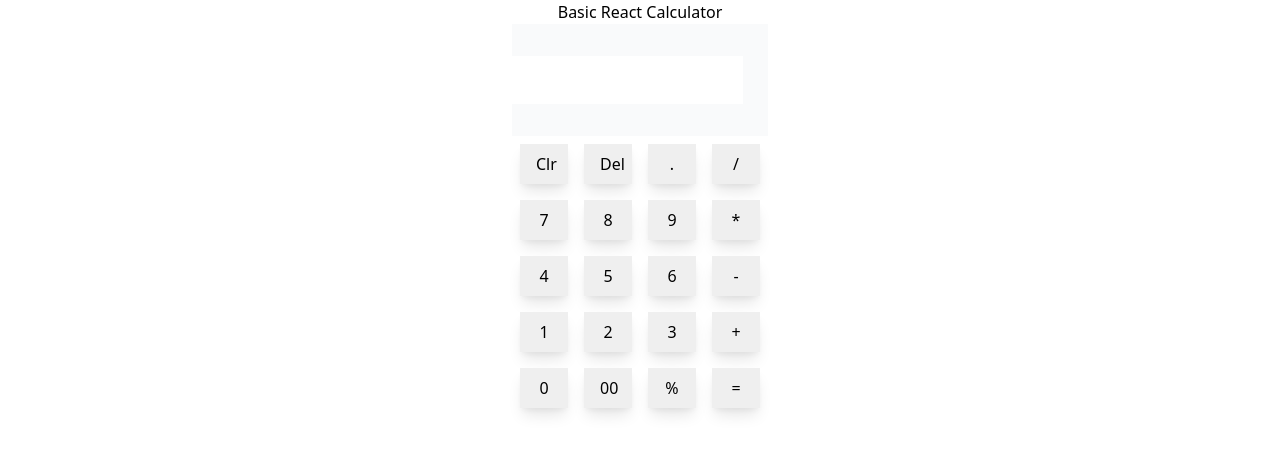
Repository: latenightsnacc/React-Calculator
Page: / (app in docs/react-calculator/)
The author's editor kept a copy of each file at every save. The page is drawn from the files as they stood at one save, then again after the next save.
The browser window is 1280 px wide. The pictures show the whole page.
The project was rebuilt for these pictures with package versions that can differ from the ones it lists, and the page was loaded fresh each time. Also part of the build but not shown: docs/react-calculator/craco.config.js.

Above is the page before, as saved 2021-11-11 15:47:30.

### docs/react-calculator/src/components/Calculator.js
import React, { Component } from 'react'
import CalculatorTitle from './CalculatorTitle'
import CalculatorScreen from './CalculatorScreen'
import Button from './Button'

class Calculator extends Component {
    render() {
        return (
            <div className="w-full flex flex-col justify-center items-center">
                <CalculatorTitle value="Basic React Calculator" />
                <div className="calculator-body">
                    <CalculatorScreen />
                    <div className="button-row">
                        <Button label={'Clr'} />
                        <Button label={'Del'} />
                        <Button label={'.'}/>
                        <Button label={'/'}/>
                    </div>
                    <div className="button-row">
                        <Button label={'7'}/>
                        <Button label={'8'}/>
                        <Button label={'9'}/>
                        <Button label={'*'}/>
                    </div>
                    <div className="button-row">
                        <Button label={'4'}/>
                        <Button label={'5'}/>
                        <Button label={'6'}/>
                        <Button label={'-'}/>
                    </div>
                    <div className="button-row">
                        <Button label={'1'}/>
                        <Button label={'2'}/>
                        <Button label={'3'}/>
                        <Button label={'+'}/>
                    </div>
                    <div className="button-row">
                        <Button label={'0'}/>
                        <Button label={'00'}/>
                        <Button label={'%'}/>
                        <Button label={'='}/>
                    </div>

                </div>
            </div>
        )
    }
}

export default Calculator

### docs/react-calculator/src/components/CalculatorTitle.js
import React from 'react'

function CalculatorTitle(props) {
    return (
        <div className='calculator-title'>
            {props.value}
        </div>
    )
}

export default CalculatorTitle

### docs/react-calculator/src/components/CalculatorScreen.js
import React from 'react'
import CalculatorOutputRow from './CalculatorOutputRow'

const CalculatorScreen = () => {
    return (
        <div className="bg-gray-50 flex flex-col items-center justify-center w-full h-28">
            <CalculatorOutputRow/>
            <CalculatorOutputRow/>
        </div>
    )
}

export default CalculatorScreen;

### docs/react-calculator/src/components/Button.js
import React from 'react'

const Button = (props) => {
    return(
        <input className="shadow-lg w-12 m-2 py-2 px-4"
            type="button"
            value={props.label}
        />
    )
}

export default Button;

### docs/react-calculator/src/components/CalculatorOutputRow.js
import React from 'react';

const CalculatorOutputRow = () => {
    return(
        <div className="w-full">
            <input type="text" readOnly />
        </div>
    )
}

export default CalculatorOutputRow

Loaded but not shown: docs/react-calculator/public/index.html (common file); docs/react-calculator/src/index.js (common file); docs/react-calculator/src/index.css (common file); docs/react-calculator/src/App.js (common file); docs/react-calculator/src/reportWebVitals.js (common file); docs/react-calculator/tailwind.config.js (common file)

After the next save:
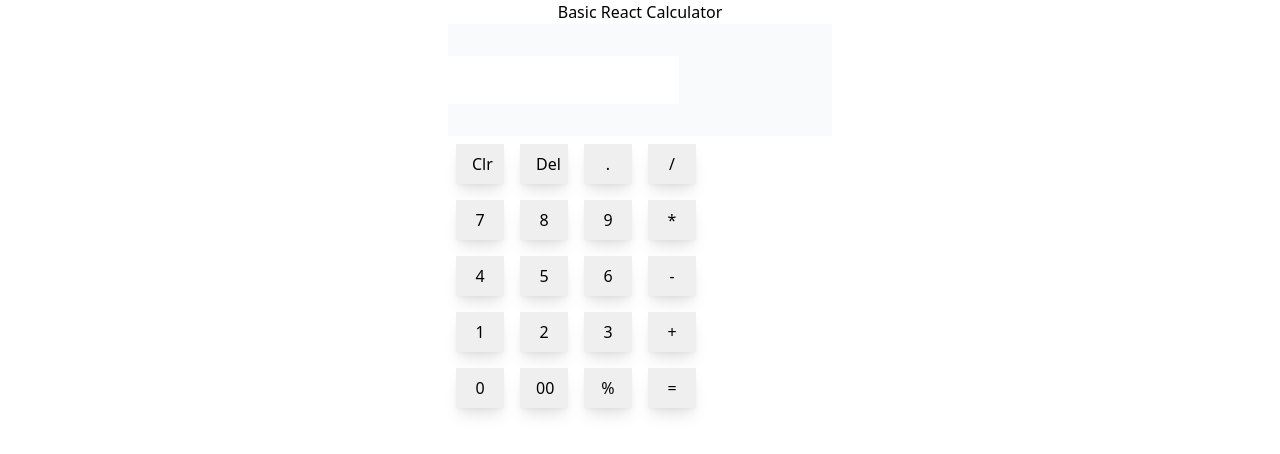
Saved 13 s later.
--- a/docs/react-calculator/src/components/CalculatorOutputRow.js
+++ b/docs/react-calculator/src/components/CalculatorOutputRow.js
@@ -2,7 +2,7 @@
 
 const CalculatorOutputRow = () => {
     return(
-        <div className="w-full">
+        <div className="w-96">
             <input type="text" readOnly />
         </div>
     )

After the save that followed:
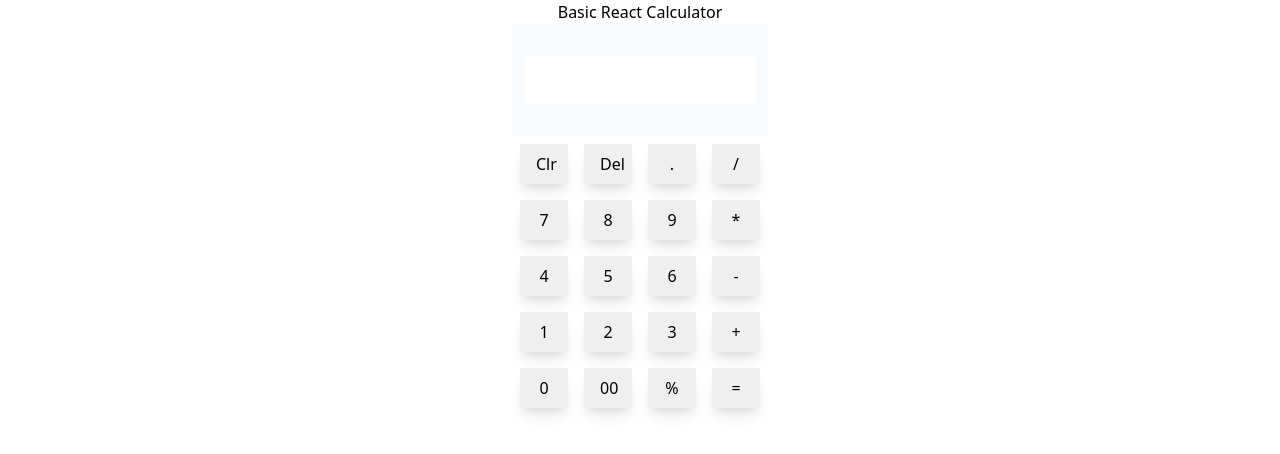
Saved 4 s later.
--- a/docs/react-calculator/src/components/CalculatorOutputRow.js
+++ b/docs/react-calculator/src/components/CalculatorOutputRow.js
@@ -2,7 +2,7 @@
 
 const CalculatorOutputRow = () => {
     return(
-        <div className="w-96">
+        <div className="">
             <input type="text" readOnly />
         </div>
     )
